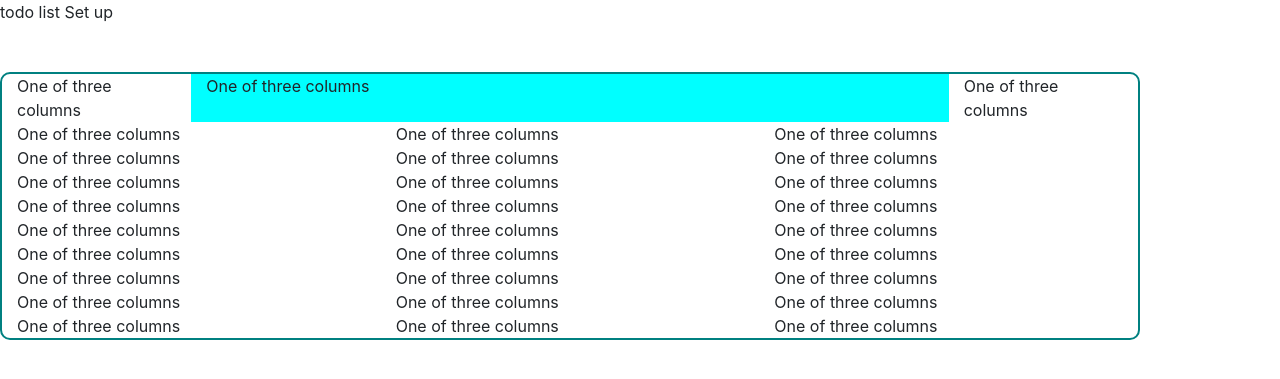
Repository: kkyler24/DayPlanner
Page: Index.html
These files come from the project's save history. The page is drawn as it stood at one moment and after the next save; the edit follows.
The browser window is 1280 px wide. The pictures show the whole page.
Some web libraries are served in a nearby version.

Above is the page before, as saved 2020-03-25 18:59:07.

After the next save:
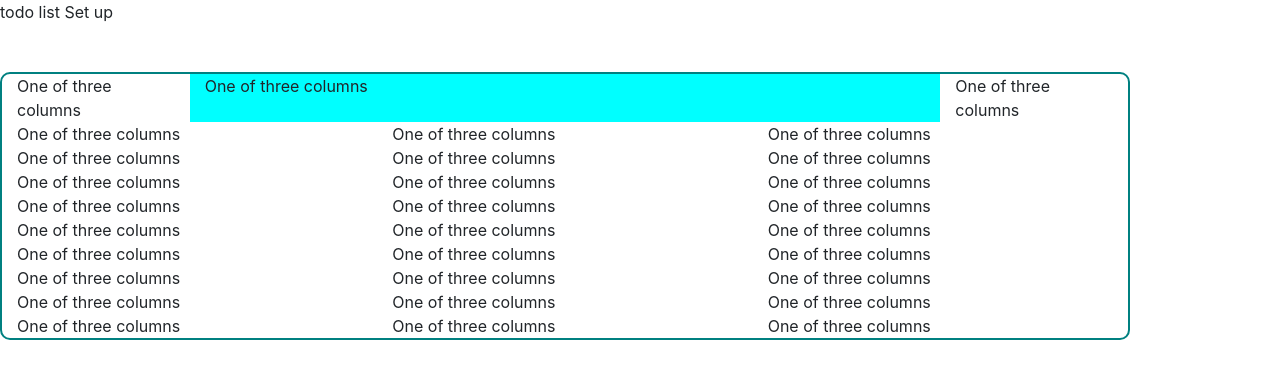
Saved 2 min 0 s later.
--- a/Index.html
+++ b/Index.html
@@ -96,7 +96,7 @@ todo list Set up
     <!--<button name="jump" onclick="jump()">Go</button>-->
 </sectiontwo>
 </Div>
-<Div class="justify-content-center">
+<Div class="d-flex justify-content-center">
     <div class="container workday ">
         <div id="time8am"class="row">
           <div class="col-2">
